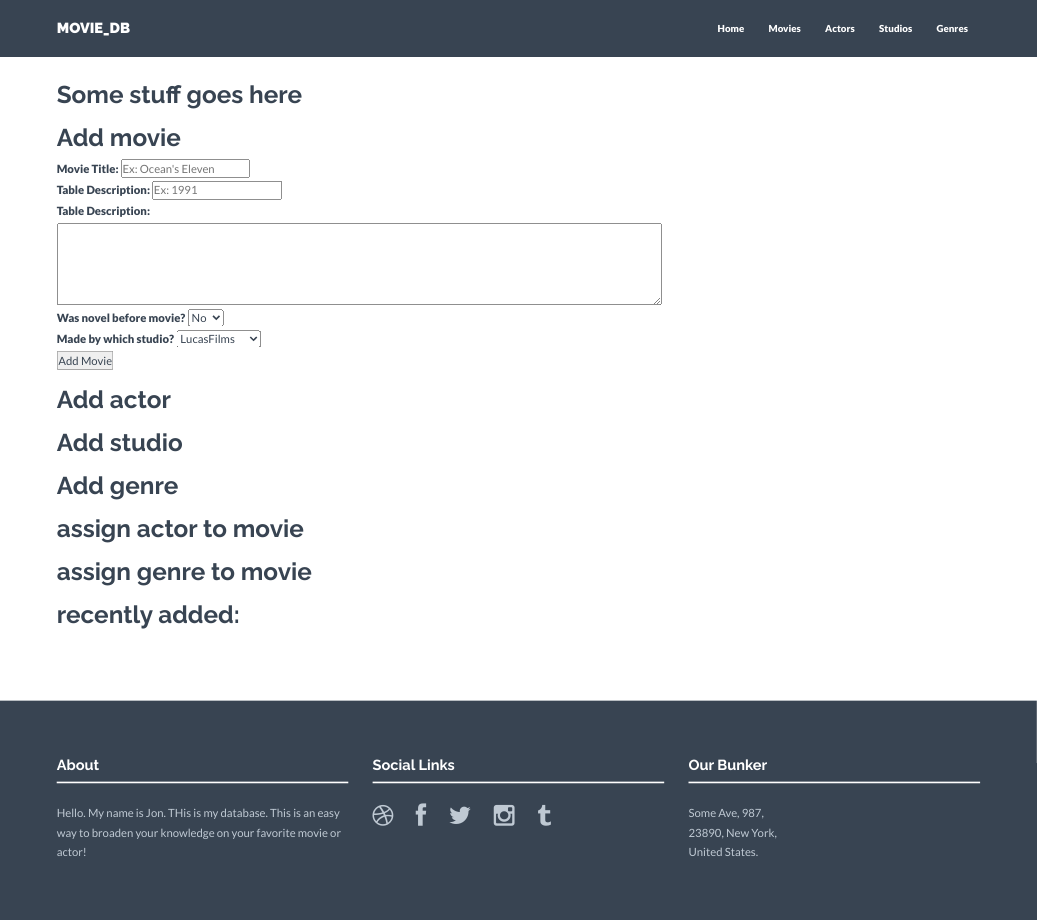
Repository: jonak91/Buzzerd-index
Page: http://localhost/admin.php
The author's editor kept a record of every edit. The page is drawn from the files as they stood at one moment, then again after the next edit.
The browser window is 1280 px wide. The pictures show the whole page, at 81% of full size.
Some web libraries are served in a nearby version. The page is run by PHP 8.4 with error messages shown; the project is at /var/www/html/. The database holds what the project's SQL file puts in it.

Above is the page before.
Not found: assets/js/modernizr.js

After the next edit:
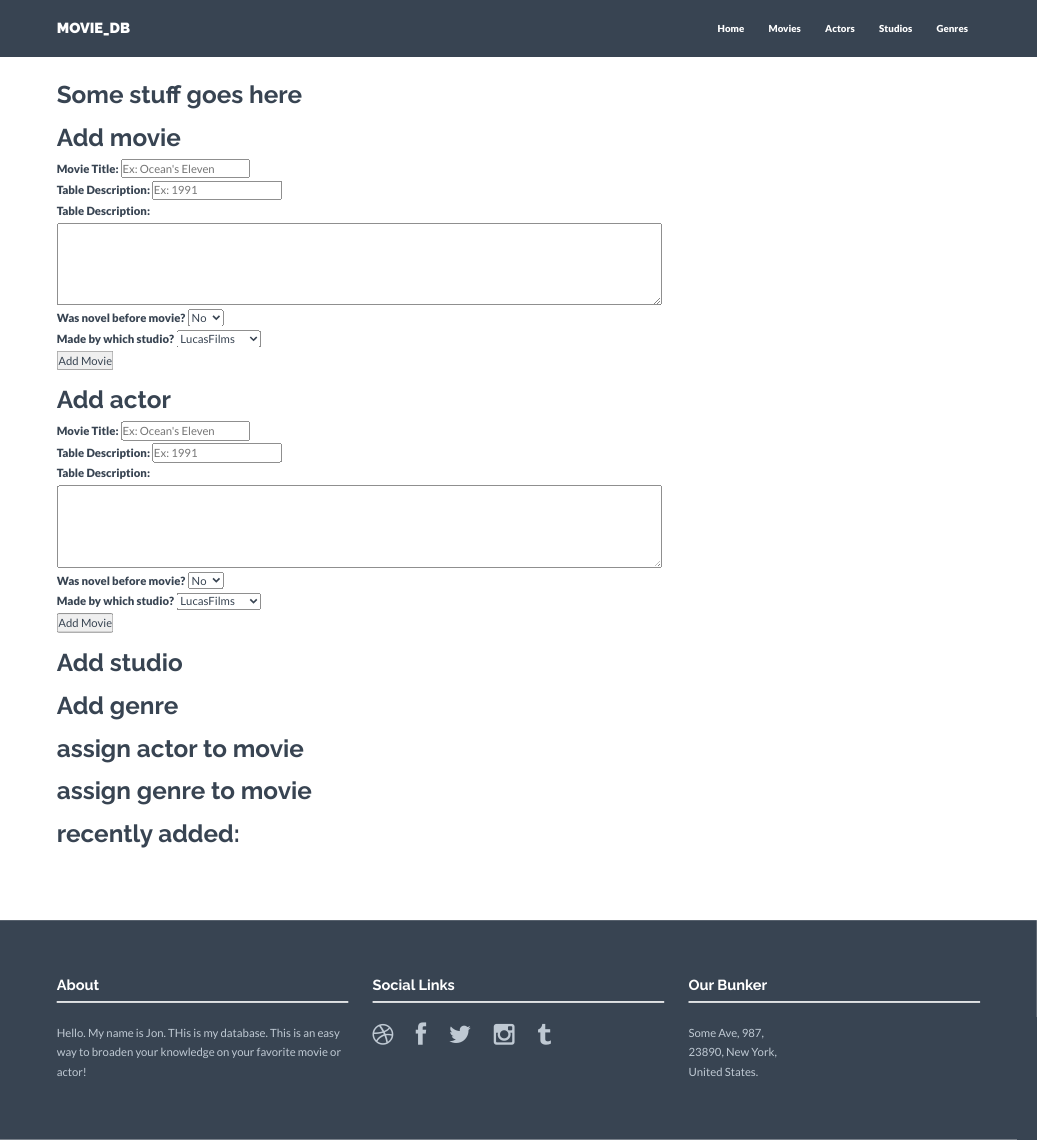
The edit:
--- a/admin.php
+++ b/admin.php
@@ -45,6 +45,35 @@
 						</form>
 
 						<h2>Add actor</h2>
+						<form method="post" name="add_movie">
+								<div>
+									<label for="title">Movie Title:</label> <input type="text" name="title" placeholder="Ex: Ocean's Eleven" />
+								</div>
+								<div>
+									<label for="year_released">Table Description:</label> <input type="text" name="year_released" placeholder="Ex: 1991" />
+								</div>
+								<div>
+									<label for="synopsis">Table Description:</label> <textarea name="synopsis" rows="5" cols="100"></textarea>
+								</div>
+								<div>
+								<label for="was_novel"> Was novel before movie?</label>
+									<select name="was_novel">
+										<option value="0">No</option>
+										<option value="1">Yes</option>
+									</select>
+							</div>
+							<div>
+							<label for="studioID"> Made by which studio?</label>
+									<select name="studioID">
+										<?php
+										$studios = get_studios();
+										foreach($studios as $studio){ ?>
+										<option value="<?php echo $studio['sID']; ?>"><?php echo $studio['name']; ?></option>
+										<?php } ?>
+									</select>
+							</div>
+							<input type="submit" name="submit" value="Add Movie" />
+						</form>
 						<h2>Add studio</h2>
 						<h2>Add genre</h2>
 						<h2>assign actor to movie</h2>
